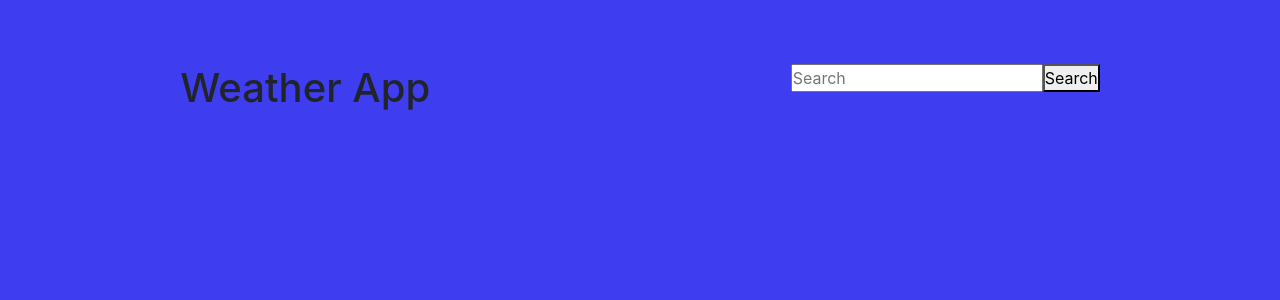
Repository: bhaveshtrades/weatherapp
Page: /
These files come from the project's save history. The page is drawn as it stood at one moment and after the next save; the edit follows.
The browser window is 1280 px wide. The pictures show the whole page.
The project was rebuilt for these pictures with package versions that can differ from the ones it lists, and the page was loaded fresh each time. Also part of the build but not shown: src/components/CurrentWeather.jsx.

Above is the page before, as saved 2023-01-08 19:06:38.

After the next save:
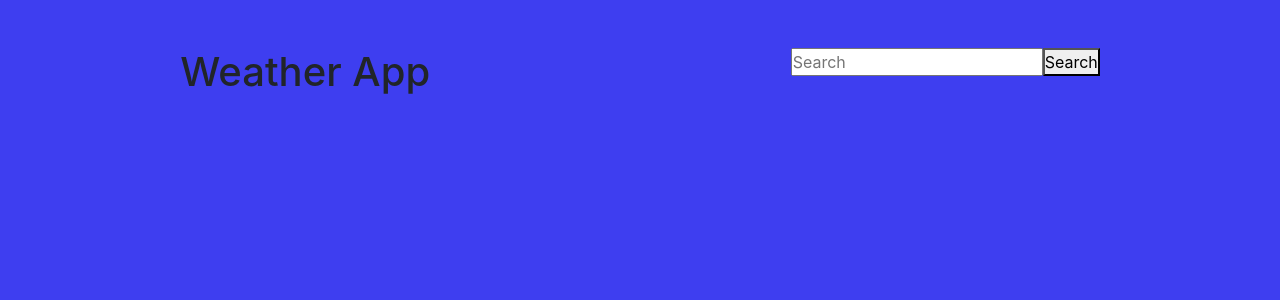
Saved 5 s later.
--- a/src/App.css
+++ b/src/App.css
@@ -10,7 +10,7 @@ body{
 .nDiv1{
   display: flex;
   justify-content: space-around;
-  padding-top: 4rem;
+  padding-top: 3rem;
 }
 
 .cDiv1{
